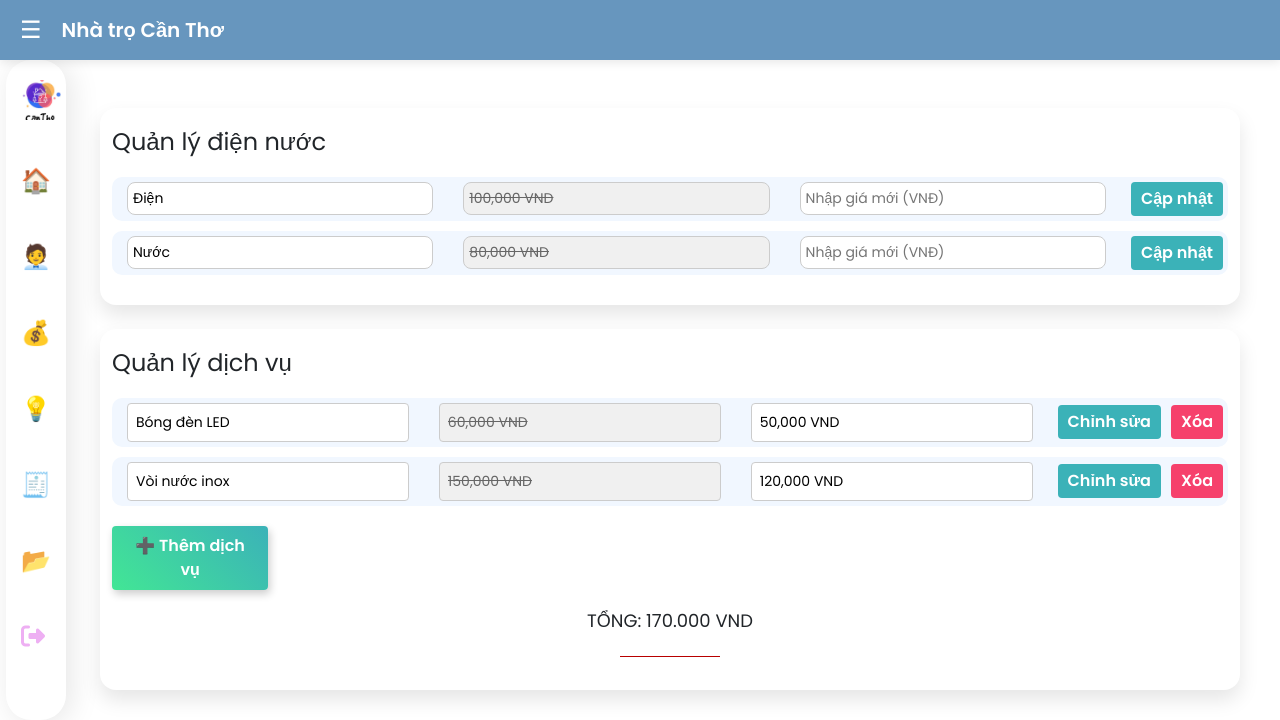
Repository: nhutty0402/DoAn02
Page: HTML/dichvu.html
These files come from the project's save history. The page is drawn as it stood at one moment and after the next save; the edit follows.
The browser window is 1280 px wide. The pictures show the whole page.

Above is the page before, as saved 2025-03-20 23:38:30.

### HTML/dichvu.html
<!DOCTYPE html>
<html>
<head>
    <meta charset="utf-8">
    <meta http-equiv="X-UA-Compatible" content="IE=edge">
    <title></title>
    <meta name="description" content="">
    <meta name="viewport" content="width=device-width, initial-scale=1">
    <link rel="stylesheet" href="../css/dichvu.css">

    <!-- CSS -->
    <link href="https://cdn.jsdelivr.net/npm/bootstrap@5.3.3/dist/css/bootstrap.min.css" rel="stylesheet" integrity="sha384-QWTKZyjpPEjISv5WaRU9OFeRpok6YctnYmDr5pNlyT2bRjXh0JMhjY6hW+ALEwIH" crossorigin="anonymous">
    <link href="https://fonts.googleapis.com/css2?family=Poppins:wght@300;400;600&display=swap" rel="stylesheet">
    <link rel="stylesheet" href="https://cdnjs.cloudflare.com/ajax/libs/font-awesome/6.4.2/css/all.min.css">

    <!-- JS -->
    <script src="https://cdnjs.cloudflare.com/ajax/libs/jquery/3.7.1/jquery.min.js" integrity="sha512-v2CJ7UaYy4JwqLDIrZUI/4hqeoQieOmAZNXBeQyjo21dadnwR+8ZaIJVT8EE2iyI61OV8e6M8PP2/4hpQINQ/g==" crossorigin="anonymous" referrerpolicy="no-referrer"></script>
    <script src="https://cdn.jsdelivr.net/npm/@popperjs/core@2.11.8/dist/umd/popper.min.js" integrity="sha384-I7E8VVD/ismYTF4hNIPjVp/Zjvgyol6VFvRkX/vR+Vc4jQkC+hVqc2pM8ODewa9r" crossorigin="anonymous"></script>
    <script src="https://cdn.jsdelivr.net/npm/bootstrap@5.3.3/dist/js/bootstrap.min.js" integrity="sha384-0pUGZvbkm6XF6gxjEnlmuGrJXVbNuzT9qBBavbLwCsOGabYfZo0T0to5eqruptLy" crossorigin="anonymous"></script>
</head>

<body>
    <header class="header">
        <div class="menu-toggle">☰</div>
        <div class="header-title">Nhà trọ Cần Thơ</div>
    </header>

    <div class="sidebar">
        <div class="logo_content">
            <div class="logo">
                <div class="icon">
                    <img src="../imag/moi.jpg" alt="Logo">
                </div>
                <div class="logo_name">Xin chào, admin</div>
            </div>
        </div>
        <ul class="nav_list">
            <li><a href="menu.html"><span class="icon">🏠</span><span class="link_name">Trang chủ</span></a></li>
            <li><a href="Quanlykhachhang.html"><span class="icon">🧑‍💼</span><span class="link_name">Quản lý khách hàng</span></a></li>
            <li><a href="doanhthu.html"><span class="icon">💰</span><span class="link_name">Doanh thu</span></a></li>
            <li><a href="dichvu.html"><span class="icon">💡</span><span class="link_name">Dịch vụ</span></a></li>
            <li><a href="hoadon.html"><span class="icon">🧾</span><span class="link_name">Hóa đơn</span></a></li>
            <li><a href="quanlihopdong.html"><span class="icon">📂</span><span class="link_name">Quản lý hợp đồng</span></a></li>
            <li><a href="dangxuat.html" class="logout-link"><span class="icon"><i class="fas fa-sign-out-alt"></i></span><span class="link_name">Đăng Xuất</span></a></li>
        </ul>
    </div>

    <div class="content flex-grow-1 p-4">
        <div class="topbar d-flex justify-content-between align-items-center mb-4"></div>

        <!-- Quản lý điện nước -->
        <div class="container">
            <div class="cf-title-03">
                <h3>Quản lý điện nước</h3>
            </div>
            <div id="product-list">
                <!-- Sản phẩm mẫu được thêm trực tiếp trong HTML -->
                <div class="product">
                    <input type="text" value="Điện" placeholder="Tên sản phẩm" readonly>
                    <input type="text" value="100,000 VND" placeholder="Giá cũ (VNĐ)" readonly class="old-price">
                    <input type="text" value="" placeholder="Nhập giá mới (VNĐ)" oninput="formatCurrency(this)">
                    <div class="btn-group">
                        <button class="update-btn" onclick="updateProduct(this)">Cập nhật</button>
                    </div>
                </div>
                <div class="product">
                    <input type="text" value="Nước" placeholder="Tên sản phẩm" readonly>
                    <input type="text" value="80,000 VND" placeholder="Giá cũ (VNĐ)" readonly class="old-price">
                    <input type="text" value="" placeholder="Nhập giá mới (VNĐ)" oninput="formatCurrency(this)">
                    <div class="btn-group">
                        <button class="update-btn" onclick="updateProduct(this)">Cập nhật</button>
                    </div>
                </div>
            </div>
        </div><br>

        <!-- Quản lý dịch vụ -->
        <div class="container">
            <div class="cf-title-03">
                <h3>Quản lý dịch vụ</h3>
            </div>
            <div id="service-list">
                <!-- Dịch vụ mẫu được thêm trực tiếp trong HTML -->
                <div class="service">
                    <input type="text" value="Bóng đèn LED" placeholder="Tên sản phẩm" readonly>
                    <input type="text" value="60,000 VND" placeholder="Giá cũ (VNĐ)" readonly class="old-price">
                    <input type="text" value="50,000 VND" placeholder="Nhập giá mới (VNĐ)" readonly class="new-price">
                    <div class="btn-group">
                        <button class="update-btn" onclick="updateService(this)">Chỉnh sửa</button>
                        <button class="delete-btn" onclick="deleteService(this)">Xóa</button>
                    </div>
                </div>
                <div class="service">
                    <input type="text" value="Vòi nước inox" placeholder="Tên sản phẩm" readonly>
                    <input type="text" value="150,000 VND" placeholder="Giá cũ (VNĐ)" readonly class="old-price">
                    <input type="text" value="120,000 VND" placeholder="Nhập giá mới (VNĐ)" readonly class="new-price">
                    <div class="btn-group">
                        <button class="update-btn" onclick="updateService(this)">Chỉnh sửa</button>
                        <button class="delete-btn" onclick="deleteService(this)">Xóa</button>
                    </div>
                </div>
            </div>
            <button class="add-btn" onclick="addService()">➕ Thêm dịch vụ</button>
            <div class="cf-title-01">
                <h6>TỔNG: <span id="total-price">0 VND</span></h6>
            </div>
        </div>

    <!-- JavaScript -->
    <script>
        const toggle = document.querySelector('.menu-toggle');
        const sidebar = document.querySelector('.sidebar');
        toggle.addEventListener('click', () => {
            sidebar.classList.toggle('active');
        });

        function formatCurrency(input) {
            let value = input.value.replace(/\D/g, '');
            if (value === '') {
                input.value = '';
                return;
            }
            let number = parseInt(value, 10);
            input.value = number.toLocaleString('vi-VN') + ' VND';
        }

        function addService(name = "", price = "", oldPrice = "") {
            let serviceList = document.getElementById("service-list");
            let serviceDiv = document.createElement("div");
            serviceDiv.classList.add("service");
            serviceDiv.innerHTML = `
                <input type="text" value="${name}" placeholder="Tên sản phẩm">
                <input type="text" value="${oldPrice ? parseInt(oldPrice).toLocaleString('vi-VN') + ' VND' : ''}" placeholder="Giá cũ (VNĐ)" readonly class="old-price">
                <input type="text" value="${price}" placeholder="Nhập giá mới (VNĐ)" oninput="formatCurrency(this)">
                <div class="btn-group">
                    <button class="update-btn" onclick="updateService(this)">Cập nhật</button>
                    <button class="delete-btn" onclick="deleteService(this)">Xóa</button>
                </div>
            `;
            serviceList.appendChild(serviceDiv);
        }

        function updateProduct(button) {
            let productDiv = button.closest(".product");
            let inputs = productDiv.querySelectorAll("input");
            if (button.innerText === "Cập nhật") {
                let name = inputs[0].value.trim();
                let price = inputs[2].value.trim().replace(/\D/g, '');
                if (name === "" || price === "") {
                    alert("Vui lòng nhập đầy đủ thông tin!");
                    return;
                }
                inputs[0].setAttribute("readonly", true);
                inputs[2].setAttribute("readonly", true);
                button.innerText = "Chỉnh sửa";
                button.classList.remove("update-btn");
                button.classList.add("edi-btn");
                alert(`Cập nhật thành công: ${name} - ${inputs[2].value}`);
            } else {
                inputs[0].removeAttribute("readonly");
                inputs[2].removeAttribute("readonly");
                button.innerText = "Cập nhật";
                button.classList.remove("edi-btn");
                button.classList.add("update-btn");
            }
        }

        function updateService(button) {
            let serviceDiv = button.closest(".service");
            let inputs = serviceDiv.querySelectorAll("input");
            if (button.innerText === "Cập nhật") {
                let name = inputs[0].value.trim();
                let price = inputs[2].value.trim().replace(/\D/g, '');
                if (name === "" || price === "") {
                    alert("Vui lòng nhập đầy đủ thông tin!");
                    return;
                }
                inputs[0].setAttribute("readonly", true);
                inputs[2].setAttribute("readonly", true);
                button.innerText = "Chỉnh sửa";
                button.classList.remove("update-btn");
                button.classList.add("edi-btn");
                alert(`Cập nhật thành công: ${name} - ${inputs[2].value}`);
            } else {
                inputs[0].removeAttribute("readonly");
                inputs[2].removeAttribute("readonly");
                button.innerText = "Cập nhật";
                button.classList.remove("edi-btn");
                button.classList.add("update-btn");
            }
        }

        function deleteService(button) {
            if (confirm("Bạn có chắc muốn xóa sản phẩm này?")) {
                button.closest(".service").remove();
            }
        }
    </script>
    <!--Tính tổng-->
    <script>
        // Hàm tính tổng giá mới
        function calculateTotal() {
            const newPriceInputs = document.querySelectorAll('.new-price');
            let total = 0;

            newPriceInputs.forEach(input => {
                // Lấy giá trị từ input, loại bỏ " VND" và dấu phẩy
                const priceText = input.value.replace(' VND', '').replace(/,/g, '');
                const price = parseFloat(priceText) || 0; // Chuyển thành số, nếu không hợp lệ thì trả về 0
                total += price;
            });

            // Định dạng tổng với dấu phẩy và thêm " VND"
            const formattedTotal = total.toLocaleString('vi-VN') + ' VND';

            // Cập nhật tổng vào phần hiển thị
            document.getElementById('total-price').textContent = formattedTotal;
        }

        // Hàm thêm dịch vụ mới
        function addService() {
            const serviceList = document.getElementById('service-list');
            const newService = document.createElement('div');
            newService.className = 'service';
            newService.innerHTML = `
                <input type="text" placeholder="Tên sản phẩm">
                <input type="text" placeholder="Giá cũ (VNĐ)" class="old-price">
                <input type="text" placeholder="Nhập giá mới (VNĐ)" class="new-price" oninput="calculateTotal()">
                <div class="btn-group">
                    <button class="update-btn" onclick="updateService(this)">Chỉnh sửa</button>
                    <button class="delete-btn" onclick="deleteService(this)">Xóa</button>
                </div>
            `;
            serviceList.appendChild(newService);
            calculateTotal(); // Cập nhật tổng sau khi thêm
        }

        // Hàm chỉnh sửa dịch vụ
        function updateService(button) {
            const service = button.closest('.service');
            const inputs = service.querySelectorAll('input');
            const isReadOnly = inputs[0].hasAttribute('readonly');

            if (isReadOnly) {
                // Chuyển sang chế độ chỉnh sửa
                inputs.forEach(input => input.removeAttribute('readonly'));
                button.textContent = 'Lưu';
            } else {
                // Lưu và chuyển về chế độ readonly
                inputs.forEach(input => input.setAttribute('readonly', true));
                button.textContent = 'Chỉnh sửa';
                calculateTotal(); // Cập nhật tổng sau khi lưu
            }
        }

        // Hàm xóa dịch vụ
        function deleteService(button) {
            const service = button.closest('.service');
            service.remove();
            calculateTotal(); // Cập nhật tổng sau khi xóa
        }

        // Tính tổng khi trang được tải
        window.onload = calculateTotal;
    </script>
</body>
</html>

### CSS/dichvu.css
/* Reset cơ bản */
* {
  margin: 0;
  padding: 0;
  box-sizing: border-box;
  font-family: 'Poppins', sans-serif;
}

/* Thiết lập body */
body {
  min-height: 100vh;
  background: #e7e7e7;
  display: flex;
  flex-direction: column;
}

/* Header ngang */
.header {
  width: 100%;
  height: 60px;
  background: #6796be;
  color: white;
  display: flex;
  align-items: center;
  padding: 0 20px;
  box-shadow: 0 2px 10px rgba(0, 0, 0, 0.1);
  position: fixed;
  top: 0;
  z-index: 1000;
}

.menu-toggle {
  font-size: 24px;
  cursor: pointer;
  margin-right: 20px;
}

.header-title {
  font-size: 20px;
  font-weight: 600;
}

/* Sidebar dọc */
.sidebar {
  position: fixed;
  top: 60px;
  left: 0;
  height: calc(100% - 60px);
  width: 60px;
  background: #fff;
  margin-left: 6px;
  padding: 10px 5px;
  transition: width 0.3s ease;
  box-shadow: 5px 3px 30px rgba(0, 0, 0, 0.1);
  border-radius: 25px;
  z-index: 900;
}

.sidebar.active {
  width: 240px;
}

.logo_content {
  display: flex;
  align-items: center;
  height: 60px;
  padding: 0 10px;
}

.logo {
  display: flex;
  align-items: center;
  gap: 10px;
}

.logo .icon img {
  width: 40px; /* Kích thước logo nhỏ hơn và đồng đều */
  height: 40px;
  object-fit: cover; /* Đảm bảo ảnh không bị méo */
}

.logo_name {
  font-size: 18px;
  font-weight: 700;
  opacity: 0;
  transition: opacity 0.3s ease;
}

.sidebar.active .logo_name {
  opacity: 1;
}

.nav_list {
  list-style: none;
  padding-left: 0;
  margin-top: 10px;
}

.nav_list li {
  display: flex;
  align-items: center;
  height: 50px; /* Giảm height để khoảng cách đều hơn */
  margin: 26px 0; /* Khoảng cách giữa các mục */
}

.nav_list li a {
  text-decoration: none;
  color: #333;
  display: flex;
  align-items: center;
  width: 100%;
  font-weight: 700;
  padding: 0 10px; /* Khoảng cách bên trong thẻ a */
  transition: font-weight 0.3s ease, transform 0.3s ease; /* Thêm transition cho hiệu ứng */
}
.nav_list li a:hover {
  transform: scale(1.05); /* Phóng to 5% khi hover */
}
.nav_list li .icon {
  font-size: 24px; /* Icon đồng đều kích thước */
  width: 40px; /* Đảm bảo icon căn đều */
  text-align: center;
}

.link_name {
  font-size: 16px;
  opacity: 0;
  transition: opacity 0.3s ease;
}

.sidebar.active .link_name {
  opacity: 1;
}

/* Nội dung chính */
.content {
  margin-top: 60px;
  margin-left: 60px;
  padding: 20px;
  flex-grow: 1;
  transition: margin-left 0.3s ease, width 0.3s ease;
  width: calc(100% - 60px);
  max-width: calc(100vw - 60px);
}

.sidebar.active ~ .content {
  margin-left: 240px;
  width: calc(100% - 240px);
  max-width: calc(100vw - 240px);
}

/* Thanh tìm kiếm */
.search-bar {
  display: flex;
  align-items: center;
  height: 38.5px;
  margin-left: auto;
  background-color: #fff;
  border-radius: 15px;
  padding: 5px;
  box-shadow: 0px 4px 6px rgba(0, 0, 0, 0.2);
  border: 2px solid #5E3582;
}

.search-bar input {
  border: none;
  outline: none;
  padding: 5px 10px;
  border-radius: 5px;
  font-size: 14px;
  width: 90px;
  transition: width 0.3s ease;
}

.search-bar input:focus {
  width: 270px;
}

.search-bar button {
  background-color: #eeaff3;
  border: none;
  color: #1c1919;
  padding: 5px 10px;
  height: 28px;
  border-radius: 10px;
  font-size: 14px;
  cursor: pointer;
  margin-left: 5px;
  transition: background-color 0.3s ease;
}

.search-bar button:hover {
  background-color: #f186f1;
}

/* Button group */
.button-group {
  display: flex;
  gap: 5px;
  padding-left: 10px;
}

.button-group .dathue:hover {
  background: rgb(167, 222, 214);
  color: black;
}

.button-group .phongtrong:hover {
  background: rgb(246, 237, 156);
  color: black;
}

.button-group .hientatca:hover {
  background: rgba(249, 205, 158, 0.952);
  color: black;
}

/* Đăng xuất */
.logout-link {
  display: flex;
  align-items: center;
  text-decoration: none;
  color: #1c1919;
  padding: 10px 15px;
  border-radius: 8px;
  transition: background-color 0.3s ease, transform 0.3s ease;
}
/* Đăng xuất */
.logout-link {
  display: flex;
  align-items: center;
  text-decoration: none;
  color: #1c1919;
  padding: 10px 15px;
  border-radius: 8px;
  transition: background-color 0.3s ease, transform 0.3s ease, font-weight 0.3s ease; /* Thêm transition cho font-weight */
}
.logout-link .icon {
  font-size: 24px; /* Đồng đều với các icon khác */
  width: 40px;
  text-align: center;
  color: #eeaff3;
  transition: transform 0.3s ease;
}

.logout-link .link_name {
  font-size: 16px;
  font-weight: 600;
}

.logout-link:hover {
  background-color: #f6cff3;
  transform: scale(1.05);
}

.logout-link:hover .icon {
  transform: rotate(-20deg);
  color: #d94bd3;
}



/* ====================================================================================================== */
/* ======================================THÂN============================================================= */
/* ========================================================================================================= */

@import url('https://fonts.googleapis.com/css2?family=Poppins:wght@300;400;600&display=swap');

/* body {
    font-family: 'Poppins', sans-serif;
    background: linear-gradient(135deg, #89f7fe, #66a6ff);
    padding: 20px;
    text-align: center;
} */

.container {
    max-width: 600px;
    margin: auto;
    background: white;
    padding: 20px;
    border-radius: 16px;
    box-shadow: 0 10px 20px rgba(0, 0, 0, 0.1);
}

/* h2 {
    color: #333;
    font-weight: 600;
    margin-bottom: 10px;
} */

.product {
    display: flex;
    justify-content: space-between;
    align-items: center;
    padding: 5px;
    border-radius: 10px;
    background: #f1f7ff;
    margin: 10px 0;
    transition: transform 0.1s ease-in-out;
}

.product:hover {
    transform: scale(1.01);
}

.product input {
    flex: 1;
    margin: 0 10px;
    padding: 8px;
    border: 1px solid #ccc;
    border-radius: 8px;
    font-size: 14px;
    transition: all 0.3s;
}

.product input:focus {
    border-color: #007bff;
    outline: none;
    box-shadow: 0 0 5px rgba(0, 123, 255, 0.3);
}

.btn-group {
    display: flex;
    gap: 8px;
}

button {
    border: none;
    cursor: pointer;
    padding: 8px 14px;
    font-size: 14px;
    transition: 0.3s;
    border-radius: 10px;
    font-weight: bold;
}

.update-btn {
    background:  #3bb2b8;
    color: white;
    border-radius: 12px;
}
.update-btn:hover{
  transform: scale(1.05);
}
.edi-btn {
    background:  #f2b876e8;
    color: white;
    border-radius: 12px;
}
.edi-btn:hover{
  transform: scale(1.05);
}
.delete-btn {
    background:  #f6416c;
    color: white;
    border-radius: 12px;
}
.delete-btn:hover{
  transform: scale(1.05);
}
.add-btn {
    width: 14%;
    font-size: 16px;
    padding: 12px;
    color: white;
    background: linear-gradient(45deg, #42e695, #3bb2b8);
    font-weight: bold;
    border-radius: 12px;
    box-shadow: 2px 4px 8px rgba(0, 0, 0, 0.2);
    transition: all 0.3s ease-in-out;
}

.add-btn:hover {
    transform: scale(1.05);
    box-shadow: 4px 6px 12px rgba(0, 0, 0, 0.3);
}
/* ============================================================================================== */
/* ===BẢNG DỊCH VỤ 2============================================================ */
/* =========================================================================================================== */
.service{
  display: flex;
  justify-content: space-between;
  align-items: center;
  padding: 5px;
  border-radius: 10px;
  background: #f1f7ff;
  margin: 10px 0;
  transition: transform 0.1s ease-in-out;
}

.service:hover {
  transform: scale(1.01);
}

.service input {
  flex: 1;
  margin: 0 10px;
  padding: 8px;
  border: 1px solid #ccc;
  border-radius: 8px;
  font-size: 14px;
  transition: all 0.3s;
}

.service input:focus {
  border-color: #007bff;
  outline: none;
  box-shadow: 0 0 5px rgba(0, 123, 255, 0.3);
}
/* ===================================================TỔNG======================================== */




.cf-title-01 h6 {
	text-align:center;
	text-transform:uppercase;
	padding-bottom:5px;
}
/* .cf-title-01 h6:before {
	width:28px;
	height:5px;
	display:block;
	content:"";
	position:absolute;
	bottom:3px;
	left:50%;
	margin-left:-14px;
	background-color:#b80000;
} */
.cf-title-01 h6:after {
	width:100px;
	height:1px;
	display:block;
	content:"";
	position:relative;
	margin-top:25px;
	left:50%;
	margin-left:-50px;
	background-color: #b80000;
}

.container {
  max-width: 800px;
  margin: 20px auto;
  padding: 20px;
}
.product, .service {
  display: flex;
  align-items: center;
  margin: 10px 0;
  gap: 10px;
}
input[type="text"] {
  padding: 5px;
  flex: 1;
}
input[readonly].old-price {
  background-color: #f0f0f0;
  color: #666;
  text-decoration: line-through;
}
.btn-group button {
  margin-left: 5px;
  padding: 5px 10px;
  cursor: pointer;
}
.add-btn {
  padding: 5px 10px;
  margin-top: 10px;
}
/* Tính tổng */
.container {
  max-width: 800px;
  margin: 0 auto;
  padding: 20px;
}

.cf-title-03 h3 {
  font-size: 24px;
  margin-bottom: 20px;
}

.service {
  display: flex;
  align-items: center;
  gap: 10px;
  margin-bottom: 10px;
}

.service input {
  padding: 8px;
  border: 1px solid #ccc;
  border-radius: 4px;
  width: 200px;
}

.btn-group {
  display: flex;
  gap: 5px;
}

.update-btn, .delete-btn, .add-btn {
  padding: 8px 15px;
  border: none;
  border-radius: 4px;
  cursor: pointer;
}



.cf-title-01 h6 {
  font-size: 18px;
  margin-top: 20px;
}

After the next save:
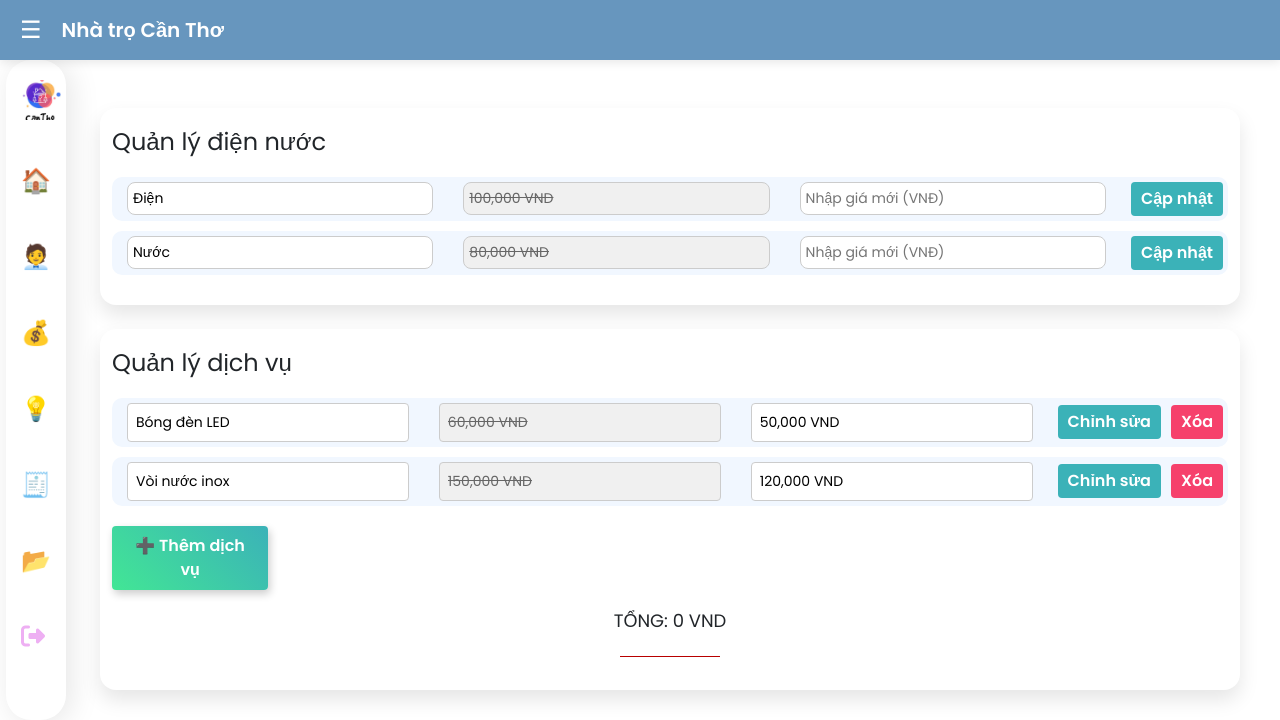
Saved 4 min 33 s later.
--- a/HTML/dichvu.html
+++ b/HTML/dichvu.html
@@ -198,7 +198,7 @@
     </script>
     <!--Tính tổng-->
     <script>
-        // Hàm tính tổng giá mới
+        // Hàm tính tổng giá mới (chỉ trả về giá trị, không hiển thị)
         function calculateTotal() {
             const newPriceInputs = document.querySelectorAll('.new-price');
             let total = 0;
@@ -210,11 +210,7 @@
                 total += price;
             });
 
-            // Định dạng tổng với dấu phẩy và thêm " VND"
-            const formattedTotal = total.toLocaleString('vi-VN') + ' VND';
-
-            // Cập nhật tổng vào phần hiển thị
-            document.getElementById('total-price').textContent = formattedTotal;
+            return total; // Trả về tổng để sử dụng cho database
         }
 
         // Hàm thêm dịch vụ mới
@@ -223,7 +219,7 @@
             const newService = document.createElement('div');
             newService.className = 'service';
             newService.innerHTML = `
-                <input type="text" placeholder="Tên sản phẩm">
+                <input type="text" placeholder="Tên sản phẩm" class="product-name">
                 <input type="text" placeholder="Giá cũ (VNĐ)" class="old-price">
                 <input type="text" placeholder="Nhập giá mới (VNĐ)" class="new-price" oninput="calculateTotal()">
                 <div class="btn-group">
@@ -232,7 +228,7 @@
                 </div>
             `;
             serviceList.appendChild(newService);
-            calculateTotal(); // Cập nhật tổng sau khi thêm
+            console.log('Tổng giá mới:', calculateTotal()); // Log tổng để kiểm tra
         }
 
         // Hàm chỉnh sửa dịch vụ
@@ -249,7 +245,7 @@
                 // Lưu và chuyển về chế độ readonly
                 inputs.forEach(input => input.setAttribute('readonly', true));
                 button.textContent = 'Chỉnh sửa';
-                calculateTotal(); // Cập nhật tổng sau khi lưu
+                console.log('Tổng giá mới:', calculateTotal()); // Log tổng để kiểm tra
             }
         }
 
@@ -257,11 +253,13 @@
         function deleteService(button) {
             const service = button.closest('.service');
             service.remove();
-            calculateTotal(); // Cập nhật tổng sau khi xóa
-        }
-
-        // Tính tổng khi trang được tải
-        window.onload = calculateTotal;
+            console.log('Tổng giá mới:', calculateTotal()); // Log tổng để kiểm tra
+        }
+
+        // Log tổng ban đầu khi trang được tải
+        window.onload = function() {
+            console.log('Tổng giá ban đầu:', calculateTotal());
+        };
     </script>
 </body>
 </html>
